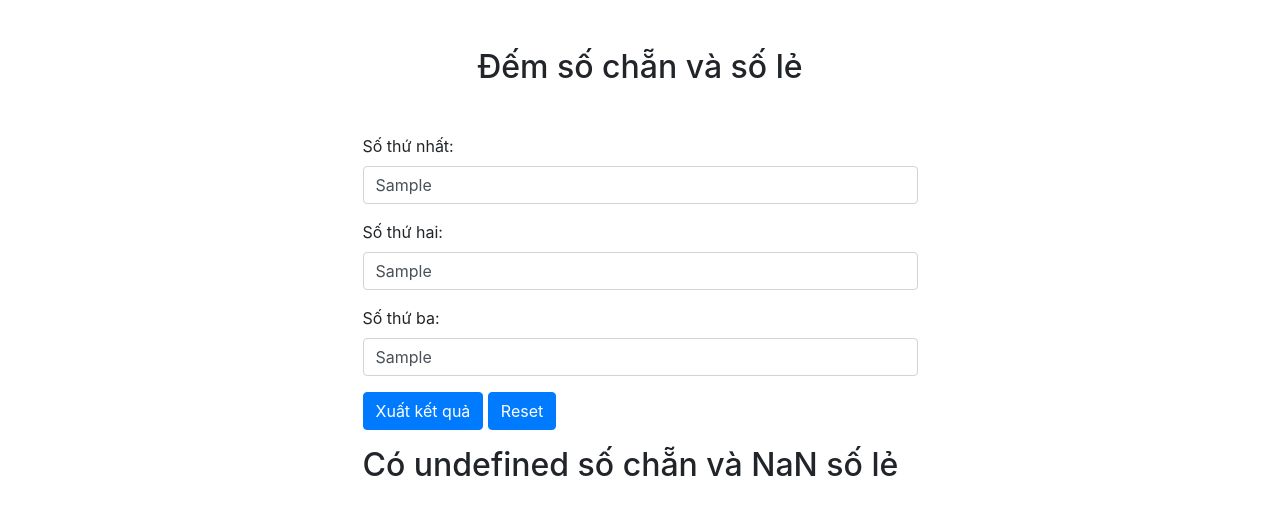
Repository: dovanthao2404/BC14_BaiTap_JS_Buoi_4_dovanthao
Page: html/bai3.html
The author's editor kept a copy of each file at every save. The page is drawn from the files as they stood at one save, then again after the next save.
The browser window is 1280 px wide. The pictures show the whole page.
Empty fields were first filled with sample values (such as "Sample", 5 or name@example.com).
After loading, the first visible `#xuatKetQua` was clicked once.

Above is the page before, as saved 2021-07-02 01:49:17.

After the next save:
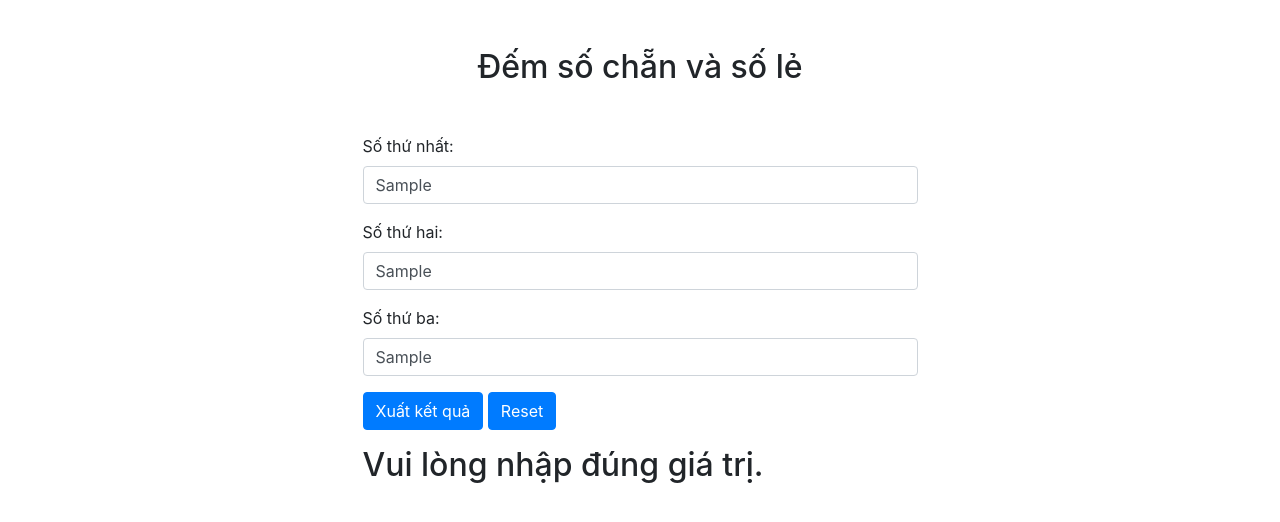
Console error: TypeError: Cannot set properties of undefined (setting 'innerHTML')
Saved 39 s later.
--- a/js/bai3.js
+++ b/js/bai3.js
@@ -25,9 +25,9 @@ function xuLyDemSoChanVaLe() {
 
 document.getElementById('xuatKetQua').addEventListener('click', function () {
   var soChan = xuLyDemSoChanVaLe();
-  console.log(soChan);
-  // if (soChan !=)
-  var ketQua = document.getElementById('ketQua');
+
+  if (soChan !== undefined)
+    var ketQua = document.getElementById('ketQua');
   ketQua.innerHTML = `Có ${soChan} số chẵn và ${3 - soChan} số lẻ`;
 })
 
